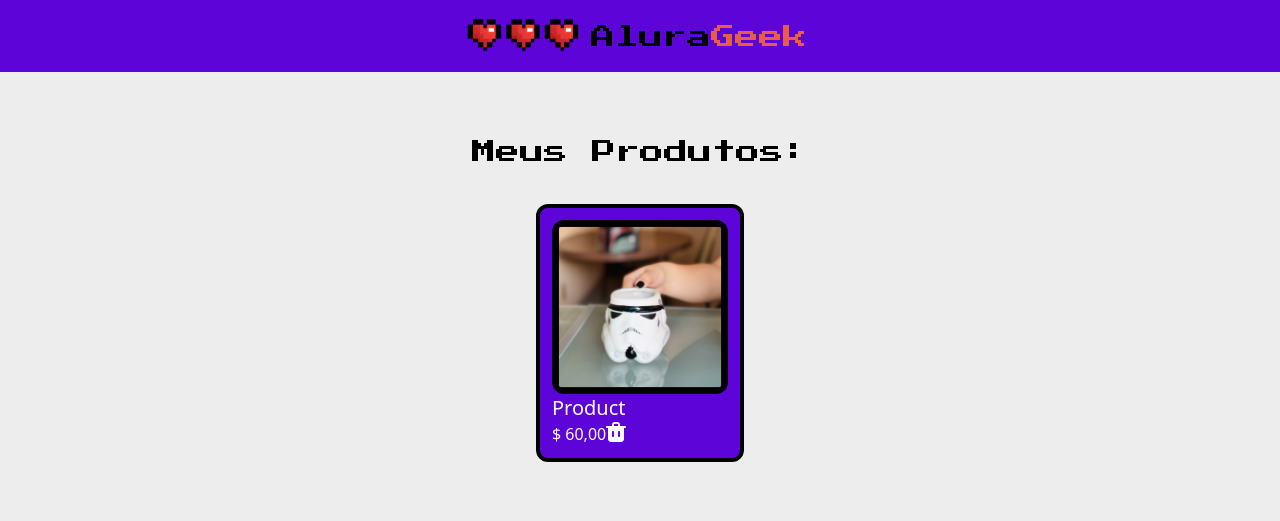
Repository: guilhermecardoso93/alura-geek
Page: /
The author's editor kept a copy of each file at every save. The page is drawn from the files as they stood at one save, then again after the next save.
The browser window is 1280 px wide. The pictures show the whole page.
The project was rebuilt for these pictures with package versions that can differ from the ones it lists, and the page was loaded fresh each time. Also part of the build but not shown: vite.config.js.

Above is the page before, as saved 2024-05-11 18:43:30.

After the next save:
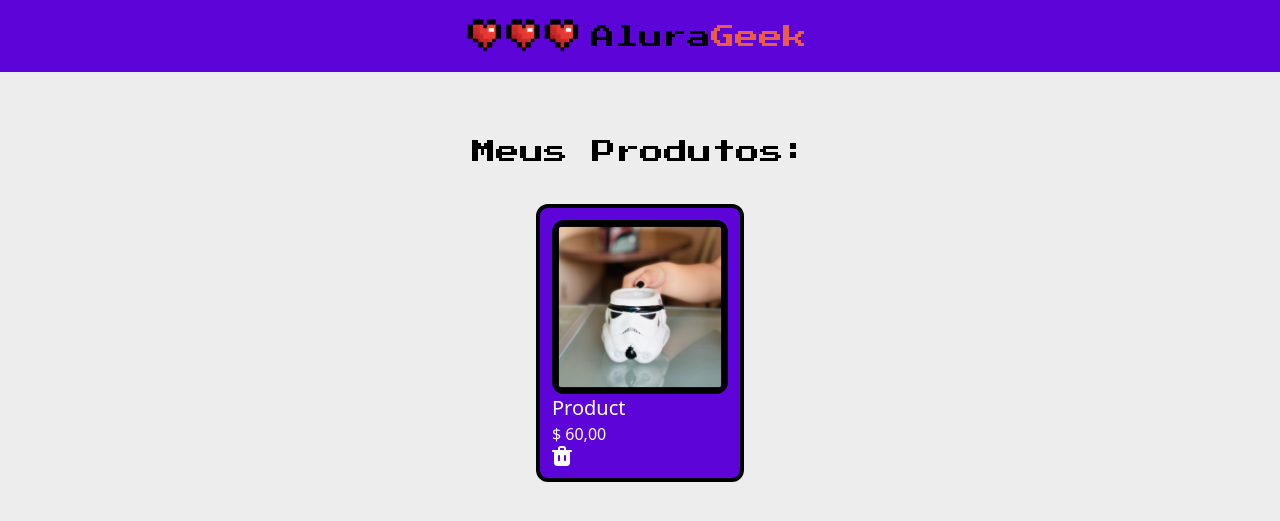
Saved 11 s later.
--- a/src/components/products.jsx
+++ b/src/components/products.jsx
@@ -23,7 +23,7 @@
         className="w-[176px] h-[174px]  border-black border-4 rounded-xl"
       />
       <h2 className="font-normal text-xl">Product</h2>
-      <div className="flex items-start justify-between">
+      <div className="">
         <div>
           <p>$ 60,00</p>
         </div>

After the save that followed:
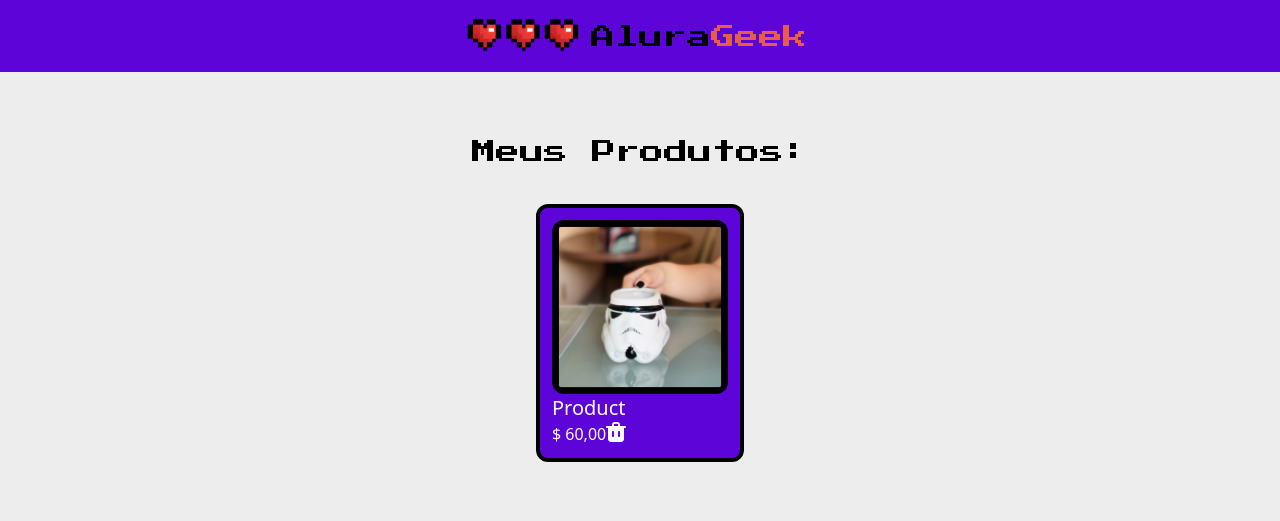
Saved 8 s later.
--- a/src/components/products.jsx
+++ b/src/components/products.jsx
@@ -23,7 +23,7 @@
         className="w-[176px] h-[174px]  border-black border-4 rounded-xl"
       />
       <h2 className="font-normal text-xl">Product</h2>
-      <div className="">
+      <div className="flex">
         <div>
           <p>$ 60,00</p>
         </div>
